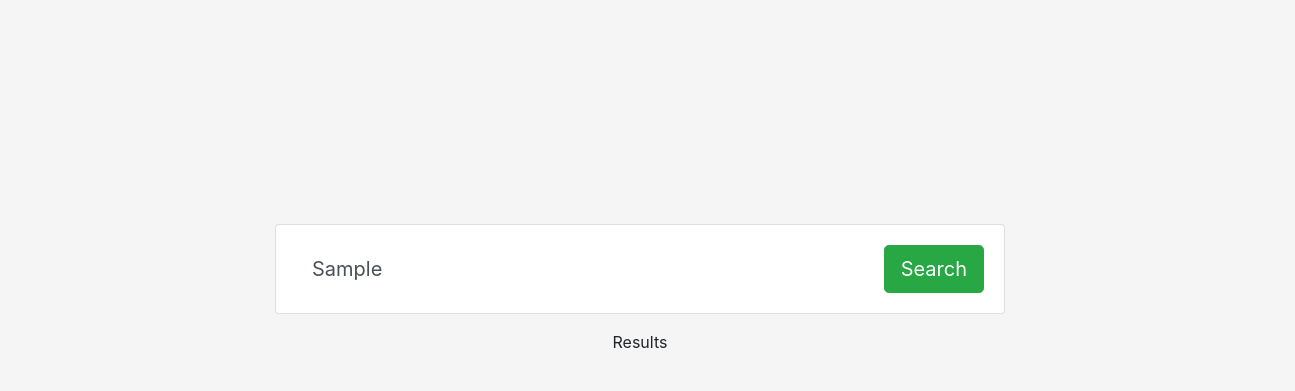
Repository: omribarmats/itc-project-group-4
Page: Backend/src/views/search.html
The author's editor kept a copy of each file at every save. The page is drawn from the files as they stood at one save, then again after the next save.
The browser window is 1280 px wide. The page is 1295 px wide, so the pictures cover 1295 px, including what lies to the right of the window. The pictures show the whole page.
Empty fields were first filled with sample values (such as "Sample", 5 or name@example.com).
After loading, the first visible `form.card` was submitted once.
The page's requests for data from a server got no answer. Some web libraries are served in a nearby version.

Above is the page before, as saved 2023-03-29 12:11:12.

After the next save:
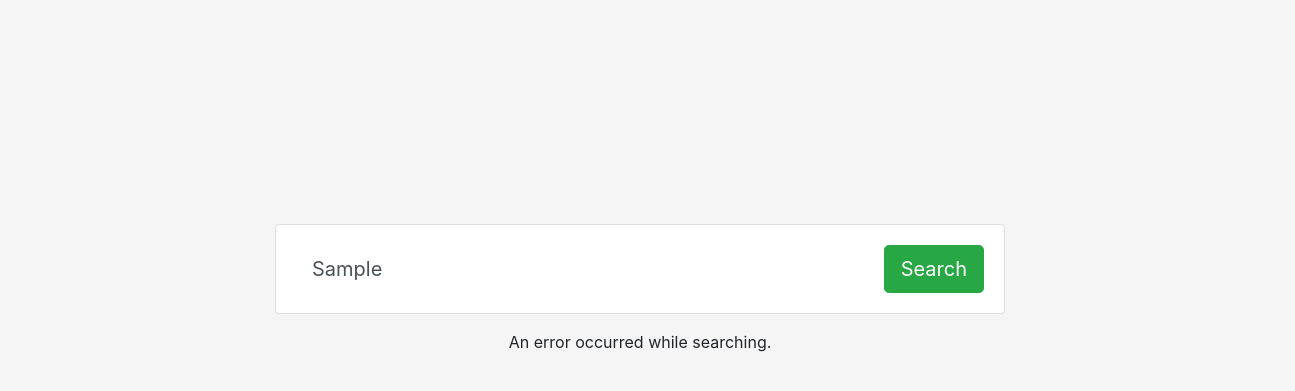
Saved 51 s later.
--- a/Backend/src/views/search.html
+++ b/Backend/src/views/search.html
@@ -46,22 +46,22 @@
 
     form.addEventListener('submit', async (event) => {
         event.preventDefault();
-        // searchResults.innerHTML = "Loading..."
-        // const query = searchInput.value;
-        // const apiUrl = 'http://localhost:4000/free-search'
-        // const requestBody = { query };
-        // try {
-        //     const response = await fetch(apiUrl, {
-        //         method: 'POST',
-        //         headers: {
-        //             'Content-Type': 'application/json'
-        //         },
-        //         body: JSON.stringify({ query: query })
-        //     });
+        searchResults.innerHTML = "Loading..."
+        const query = searchInput.value;
+        const apiUrl = 'http://localhost:4000/free-search'
+        const requestBody = { query };
+        try {
+            const response = await fetch(apiUrl, {
+                method: 'POST',
+                headers: {
+                    'Content-Type': 'application/json'
+                },
+                body: JSON.stringify({ query: query })
+            });
 
-        //     const { destinations } = await response.json()
+//             const { destinations } = await response.json()
 
-        //     console.log(destinations)
+//             console.log(destinations)
 
 //            const destinationsHTML = destinations.map(item => `
 //     <div class="border border-primary rounded m-4 p-2">
@@ -71,16 +71,12 @@
 //     </div>
 //   `).join("");
 
-//             searchResults.innerHTML = destinationsHTML;
+            searchResults.innerHTML = destinationsHTML;
 
-        // } catch (error) {
-        //     console.error(error);
-        //     searchResults.innerHTML = 'An error occurred while searching.';
-        // }
-        return setTimeout(() => {
-            searchResults.innerHTML = `
-    Hello`
-        }, 5000);
+        } catch (error) {
+            console.error(error);
+            searchResults.innerHTML = 'An error occurred while searching.';
+        }
     });
 </script>
 </body>
